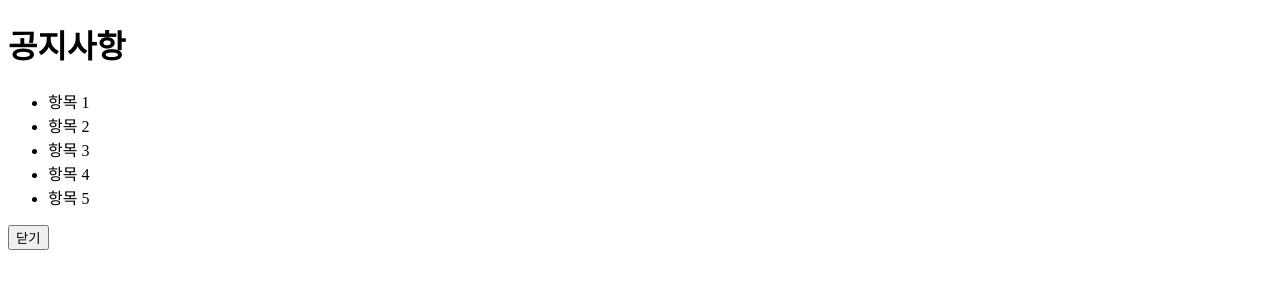
Repository: ady0099/webstudy
Page: 03_javascript/src/main/webapp/day03/notice.html
An editor plug-in stored every save of this project. The page is shown before and after the next save, followed by the edit.
The browser window is 1280 px wide. The pictures show the whole page.

Above is the page before, as saved 2023-06-29 03:50:27.

After the next save:
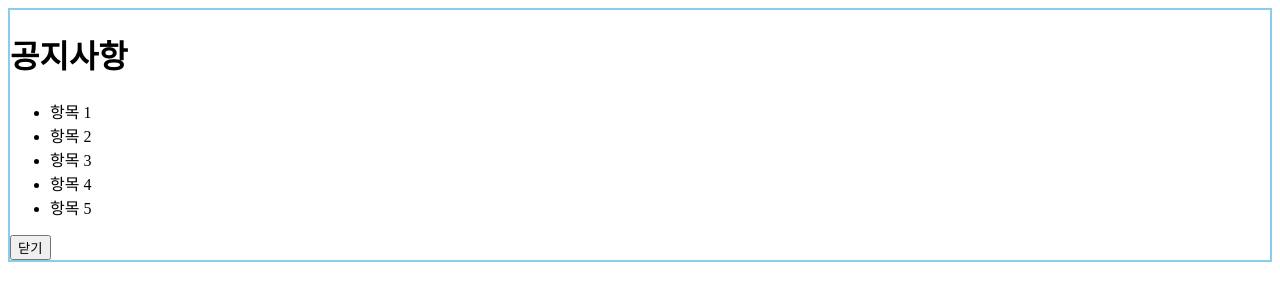
Saved 57 s later.
--- a/03_javascript/src/main/webapp/day03/notice.html
+++ b/03_javascript/src/main/webapp/day03/notice.html
@@ -3,6 +3,11 @@
 	<head>
 		<meta charset="UTF-8">
 		<title>공지사항</title>
+		<style>
+			#content{
+				border: 2px double skyblue;
+			}
+		</style>
 	</head>
 	<body>
 		<div id="content">
